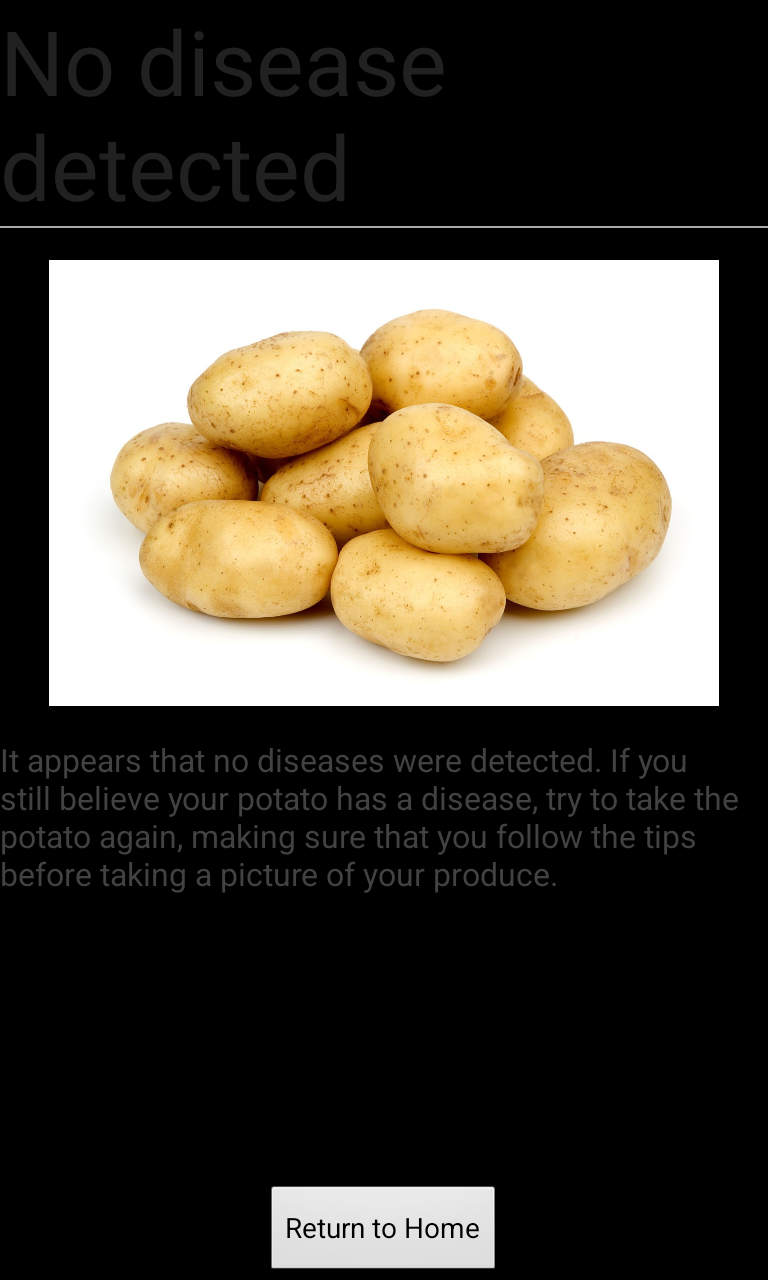
Repository: justnaelin/PhytoSenseIt-app
Layout: PhytoSenseIt/res/layout/activity_no_results.xml
An editor plug-in stored every save of this project. The layout is shown before and after the next save, followed by the edit.
It is drawn on a 768 x 1280 px phone screen (xhdpi) without system bars, with theme android:Theme.NoTitleBar.Fullscreen; the app's code is not run.

Above is the layout before, as saved 2015-07-29 19:00:55.

After the next save:
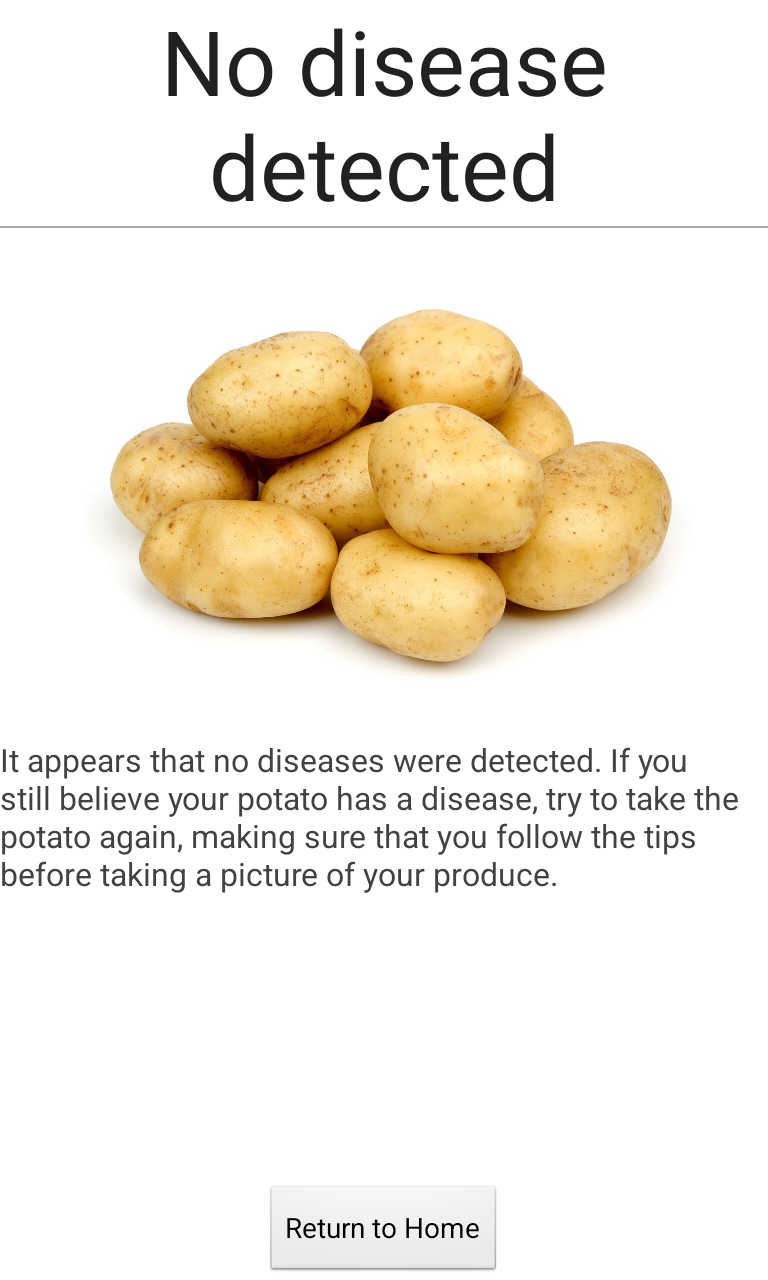
Saved 52 s later.
--- a/PhytoSenseIt/res/layout/activity_no_results.xml
+++ b/PhytoSenseIt/res/layout/activity_no_results.xml
@@ -2,7 +2,8 @@
     xmlns:tools="http://schemas.android.com/tools"
     android:layout_width="match_parent"
     android:layout_height="match_parent"
-    android:orientation="vertical">
+    android:orientation="vertical"
+    android:background="#FFFFFF">
 
     <TextView
         android:text="No disease detected"
@@ -10,7 +11,7 @@
         android:layout_height="wrap_content"
         android:textSize="45sp"
         android:textColor="#212121"
-        android:layout_gravity="center_horizontal"/>
+        android:gravity="center_horizontal"/>
 
     <!-- Line underneath headline -->
     <View
